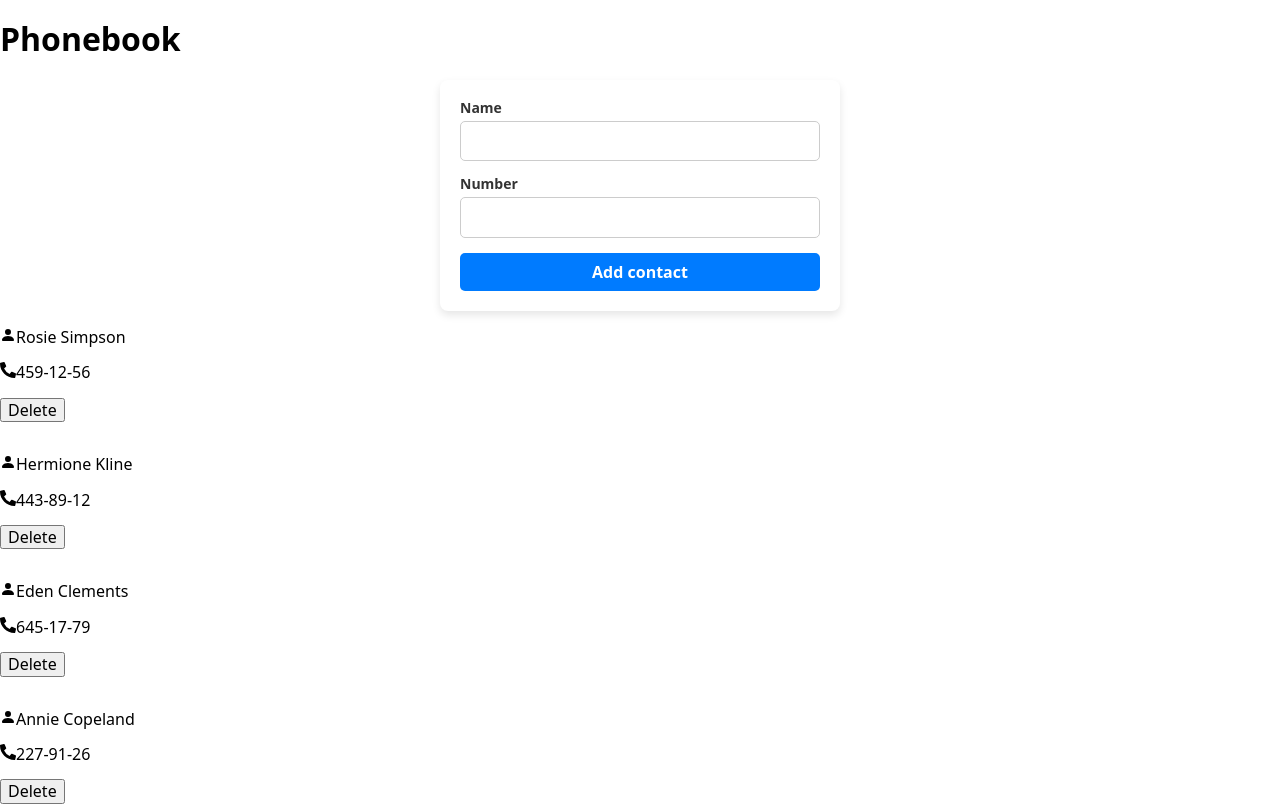
Repository: Evgeniya-Tishakova/goit-react-hw-03
Page: /
The author's editor kept a copy of each file at every save. The page is drawn from the files as they stood at one save, then again after the next save.
The browser window is 1280 px wide. The pictures show the whole page.
The project was rebuilt for these pictures with package versions that can differ from the ones it lists, and the page was loaded fresh each time. Also part of the build but not shown: vite.config.js, src/index.css, src/components/App/App.module.css, src/components/Contact/Contact.module.css.

Above is the page before, as saved 2025-03-09 14:24:30.

After the next save:
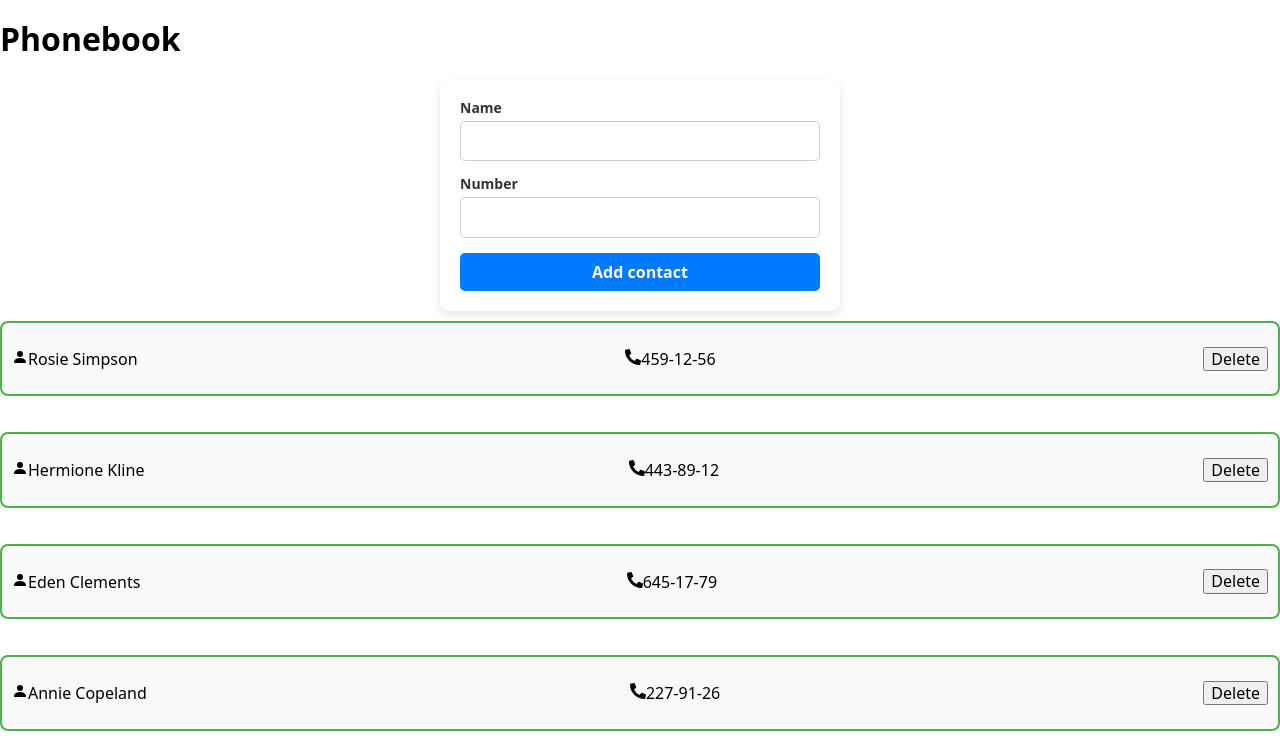
Saved 10 s later.
--- a/src/components/ContactList/ContactList.module.css
+++ b/src/components/ContactList/ContactList.module.css
@@ -6,4 +6,13 @@
     gap: 16px;
 }
 
-.item {}
+.item {
+    border: 2px solid #4caf50;
+    border-radius: 8px;
+    padding: 10px;
+    margin: 10px 0;
+    display: flex;
+    justify-content: space-between;
+    align-items: center;
+    background-color: #f9f9f9;
+}
